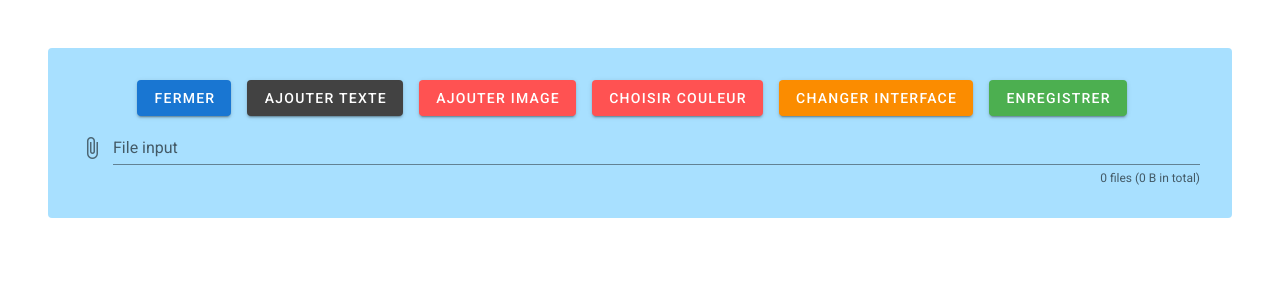
Repository: Hamagistral/BannerApp-Vue
Page: /#/dynamicPage
The author's editor kept a copy of each file at every save. The page is drawn from the files as they stood at one save, then again after a run of saves.
The browser window is 1280 px wide. The pictures show the whole page.
The project was rebuilt for these pictures with package versions that can differ from the ones it lists, and the page was loaded fresh each time. Also part of the build but not shown: vue.config.js, src/components/WidgetText.vue, src/components/WidgetImage.vue, src/components/Home.vue.

Above is the page before, as saved 2023-02-07 01:40:46.

After the next 2 saves:
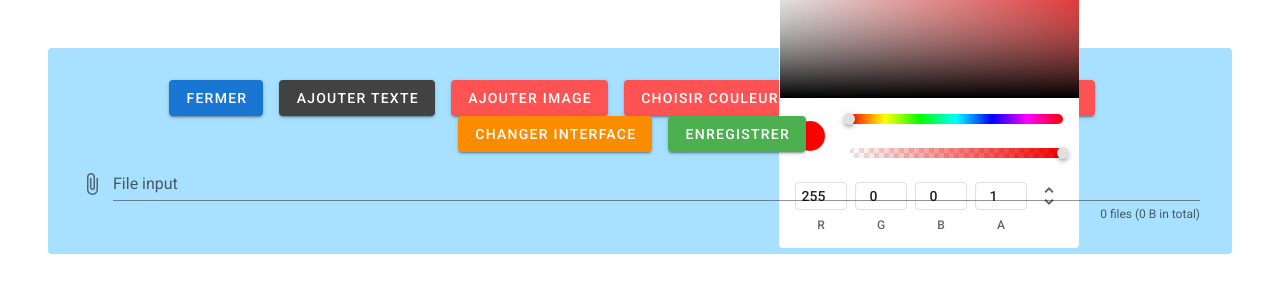
The 2 saves are shown as one change because they came seconds apart.
The last was saved 34 s later.
--- a/src/components/DynamicPage.vue
+++ b/src/components/DynamicPage.vue
@@ -16,6 +16,10 @@
 
         <v-btn color="error" class="mr-4" @click="addImage()">
           Choisir Couleur
+          <v-color-picker
+            v-model="picker"
+            flat
+          ></v-color-picker>
         </v-btn>
 
         <v-btn color="warning" class="mr-4">
